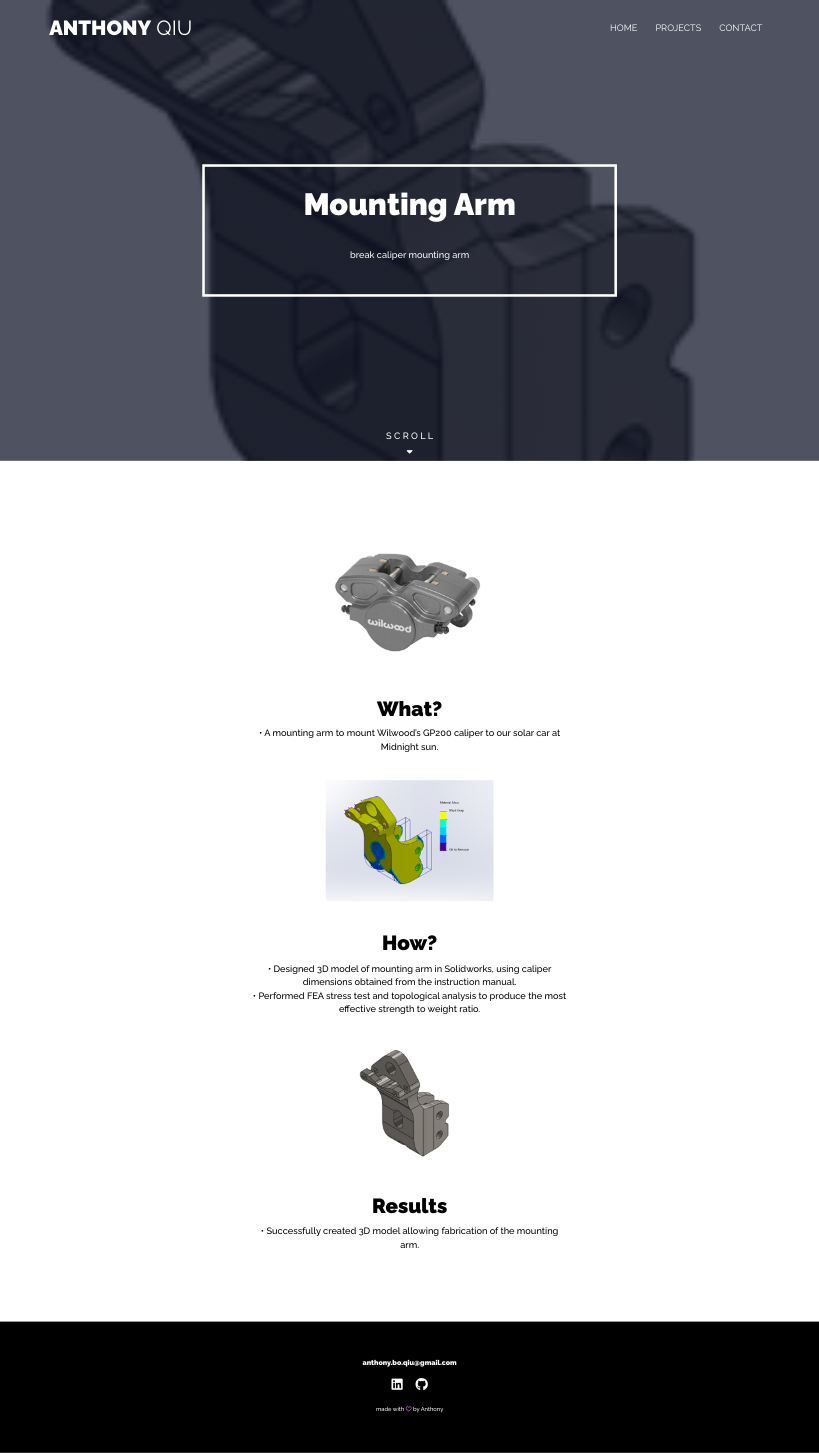
Repository: 7UM1N/anthonyq.github.io
Page: break-caliper-arm.html
These files come from the project's save history. The page is drawn as it stood at one moment and after the next save; the edit follows.
The browser window is 1280 px wide. The pictures show the whole page, at 64% of full size.

Above is the page before, as saved 2023-02-28 13:01:01.

After the next save:
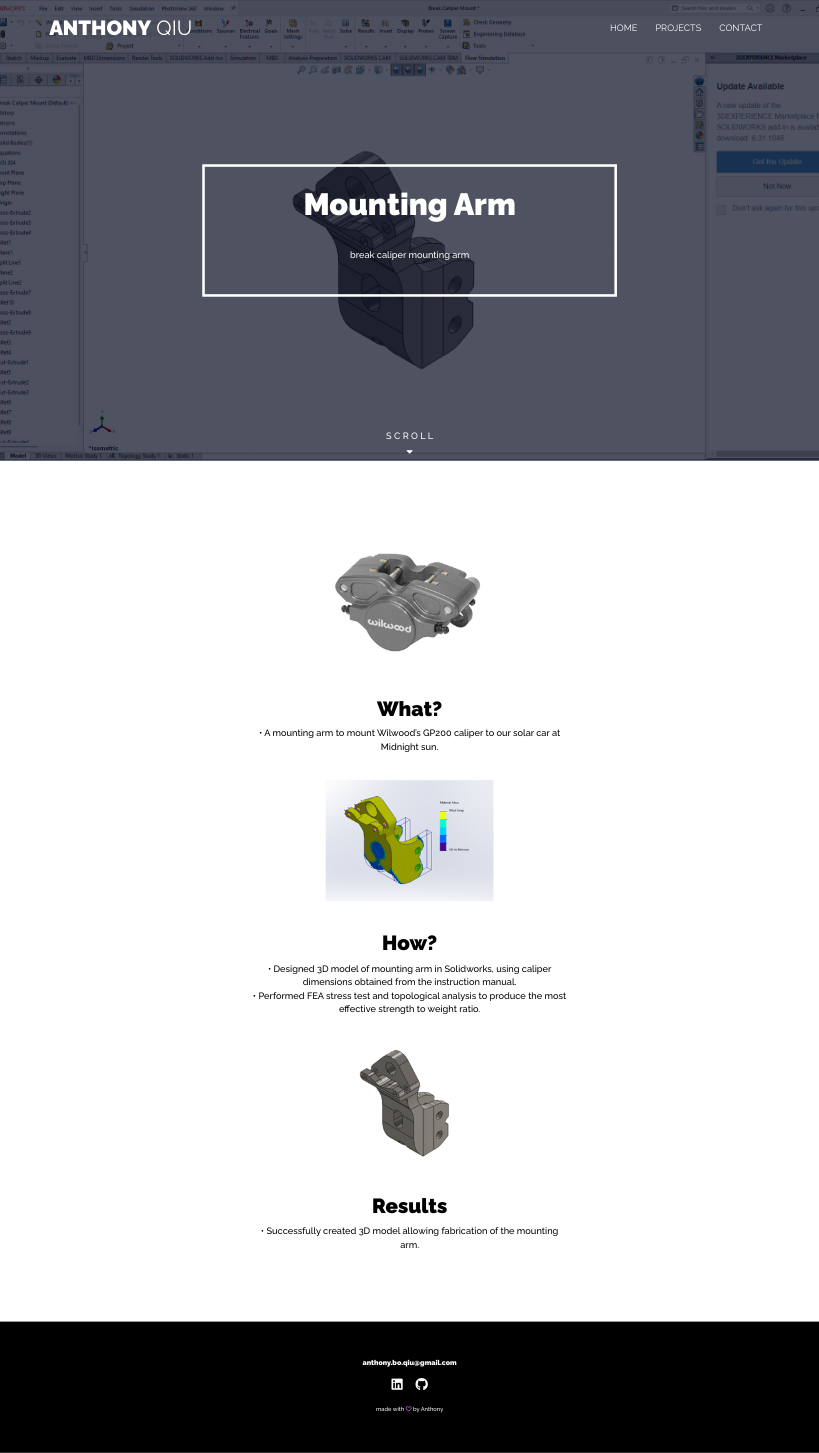
Saved 5 min 53 s later.
--- a/css/style.css
+++ b/css/style.css
@@ -373,8 +373,8 @@
     position: relative;
 }
 .sub-header-contact {background-image: linear-gradient(rgba(4, 9, 30, 0.85), rgba(4, 9, 30, 0.85)), url(../img/blueprint.jpeg);}
-.sub-header-break-caliper-arm {background-image: linear-gradient(rgba(4, 9, 30, 0.7), rgba(4, 9, 30, 0.7)), url(../img/break-caliper-arm/break-caliper-arm-results.png);}
-.sub-header-impeller {background-image: linear-gradient(rgba(4, 9, 30, 0.7), rgba(4, 9, 30, 0.7)), url(../img/impeller/impeller-results.png);}
+.sub-header-break-caliper-arm {background-image: linear-gradient(rgba(4, 9, 30, 0.7), rgba(4, 9, 30, 0.7)), url(../img/break-caliper-arm/banner.png);}
+.sub-header-impeller {background-image: linear-gradient(rgba(4, 9, 30, 0.7), rgba(4, 9, 30, 0.7)), url(../img/impeller/banner.png);}
 .sub-header-nerfv2 {background-image: linear-gradient(rgba(4, 9, 30, 0.7), rgba(4, 9, 30, 0.7)), url(../img/coming-soon.webp);}
 .sub-header-launcho {background-image: linear-gradient(rgba(4, 9, 30, 0.7), rgba(4, 9, 30, 0.7)), url(../img/launcho/launcho-card.jpg);}
 .sub-header-codebreaker {background-image: linear-gradient(rgba(4, 9, 30, 0.7), rgba(4, 9, 30, 0.7)), url(../img/codebreaker/codebreaker-banner.jpg);}
